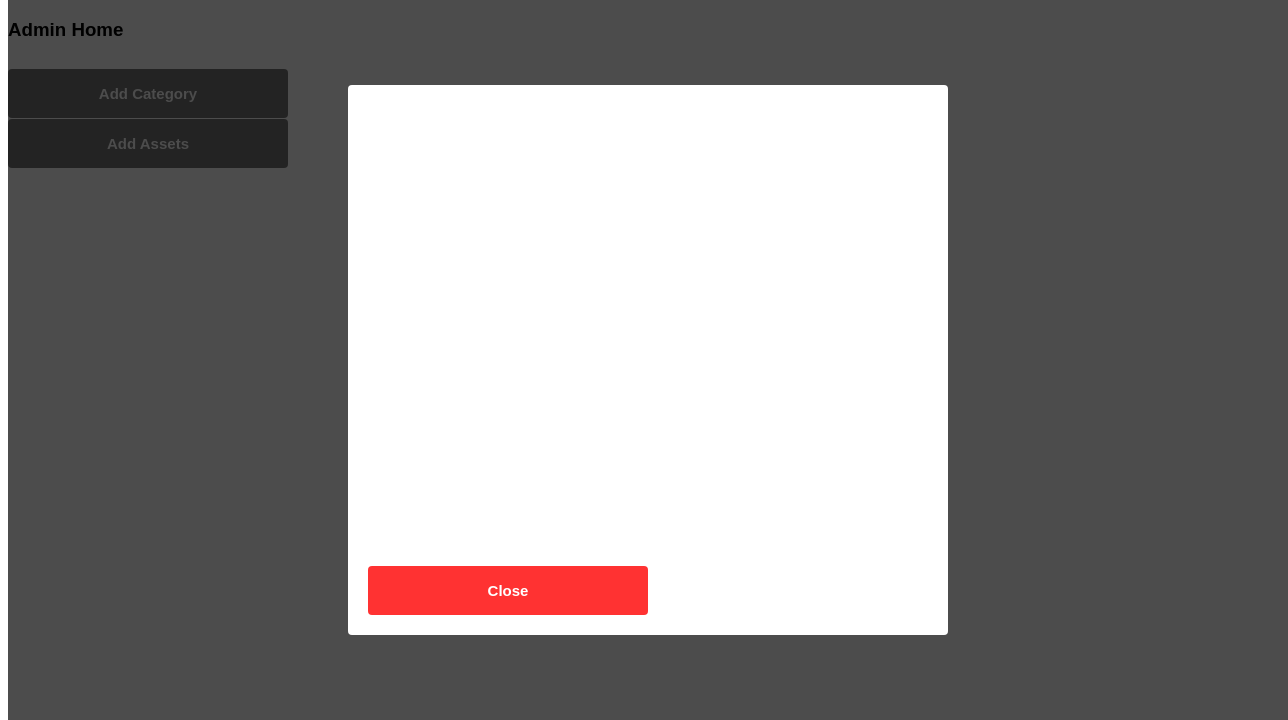
Repository: DhruvKaushal/CodeFury_404Found
Page: http://localhost/e-assets/assetadded.jsp
An editor plug-in stored every save of this project. The page is shown before and after the next save, followed by the edit.
The browser window is 1280 px wide. The page is 1288 px wide, so the pictures cover 1288 px, including what lies to the right of the window. The pictures show the whole page.
The page is served by Tomcat 9. Other server files are loaded and not shown.

Above is the page before, as saved 2020-10-05 10:34:11.

### Aditya's New/E-Assets-Management/e-assets/WebContent/assetadded.jsp
<%@ page language="java" contentType="text/html; charset=ISO-8859-1"
    pageEncoding="ISO-8859-1"%>
<!DOCTYPE html>
<html>
<head>
<meta charset="ISO-8859-1">
<link rel="stylesheet" href="addassets.css">
<title>Insert title here</title>
</head>
<body>

	  <h3>Admin Home</h3>

  	<button class="open-type-button">Add Category</button>
 	<button class="open-assets-button">Add Assets</button>

    <div class="bg-modal2" id="myForm2">
        	<div class="modal-content">






             <button class="close-button" action="adminhome.jsp" class="btn"><b>Close</b></button>


        </div>
    </div>






	<script>

	function closeForm1() {
  	document.getElementById("myForm1").style.display = "none";
	}

	function openForm2() {
  		document.getElementById("myForm2").style.display = "flex";
	}

	function closeForm2() {
  	document.getElementById("myForm2").style.display = "none";
	}
	</script>

</body>
</html>

### Aditya's New/E-Assets-Management/e-assets/WebContent/addassets.css
body {font-family: Arial, Helvetica, sans-serif;}
* {box-sizing: border-box;}


.open-assets-button {
  background-color: #555;
  color: white;
  padding: 16px 20px;
  border-radius: 4px;
  border: none;
  cursor: pointer;
  opacity: 0.8;
  position: fixed;
  width: 280px;
  margin-top: 60px;
  font-weight: bold;
  font-size: 15px;
  display: inline-block;
}

.open-type-button {
  background-color: #555;
  color: white;
  padding: 16px 20px;
  border-radius: 4px;
  border: none;
  cursor: pointer;
  opacity: 0.8;
  position: fixed;
  width: 280px;
  margin-top: 10px;
  font-weight: bold;
  font-size: 15px;
  display: inline-block;
}

.close-button {
  background-color: red;
  color: white;
  padding: 16px 20px;
  border-radius: 4px;
  border: none;
  cursor: pointer;
  opacity: 0.8;
  width: 280px;
  position: absolute;
  bottom: 20px;


  font-weight: bold;
  font-size: 15px;
  display: inline-block;
}

.bg-modal {
	width: 100%;
	height: 100%;
	background-color: rgba(0,0,0,0.7);
	position: absolute;;
	top: 0;
	display: flex;
	justify-content: center;
	align-items: center;
	display: none;

}

.bg-modal2 {
	width: 100%;
	height: 100%;
	background-color: rgba(0,0,0,0.7);
	position: absolute;;
	top: 0;
	display: flex;
	justify-content: center;
	align-items: center;


}

.modal-content {
	width: 600px;
	height: 550px;
	background-color: white;
	border-radius: 4px;
	padding: 20px;
	position: relative;
}



input{
  width: 100%;
  padding: 15px;
  margin: 5px 0 22px 0;
  border: none;
  background: #f1f1f1;
}


.btn {
  background-color: #1686d9;
  color: white;
  border-radius: 4px;
  padding: 16px 20px;
  border: none;
  cursor: pointer;
  width: 50%;
  margin-top: 20px;
  margin: auto;
  opacity: 0.8;
  font-size: 20px;

  display:block;

}


.btn:hover, .open-assets-button:hover, .open-type-button:hover {
  opacity: 1;
}

.close {
	position: absolute;
	top: 0;
	right: 10px;
	font-size: 38px;
	color: #333;
	transform: rotate(45deg);
	cursor: pointer;
}

.close:hover {
		color: #666;
	}

After the next save:
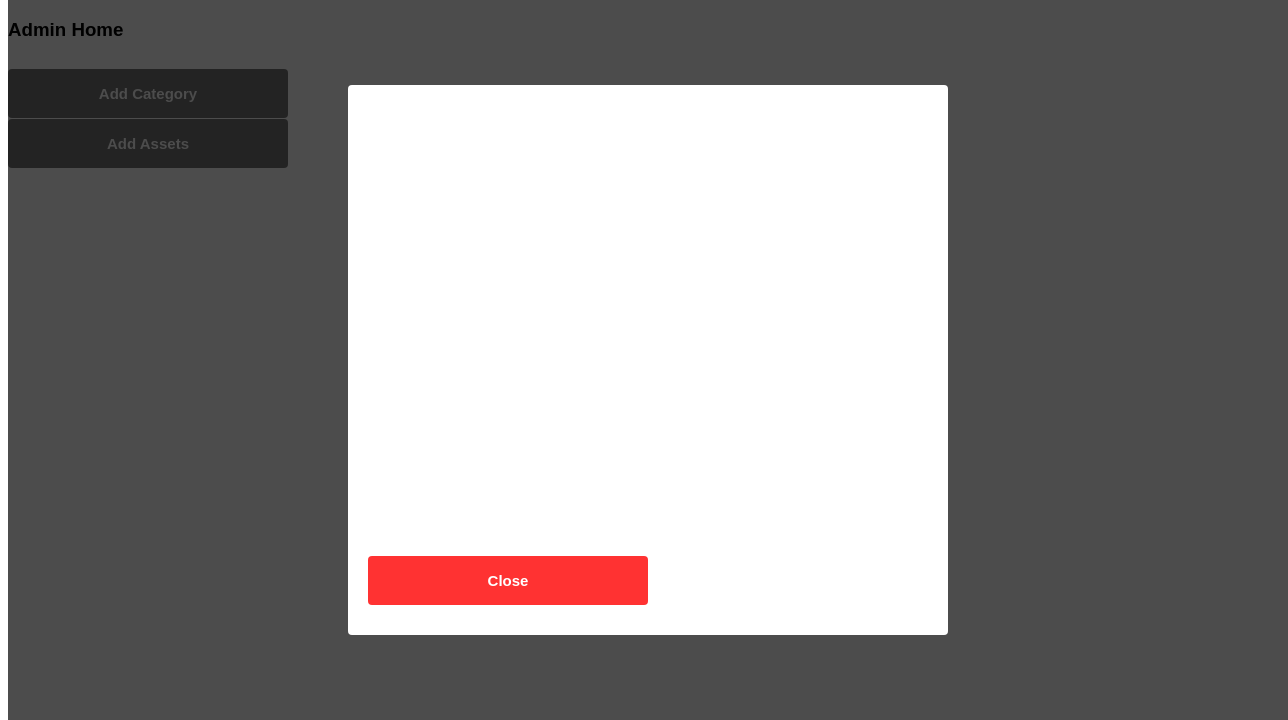
Saved 36 s later.
--- a/Aditya's New/E-Assets-Management/e-assets/WebContent/addassets.css
+++ b/Aditya's New/E-Assets-Management/e-assets/WebContent/addassets.css
@@ -44,7 +44,7 @@ body {font-family: Arial, Helvetica, sans-serif;}
   opacity: 0.8;
   width: 280px;
   position: absolute;
-  bottom: 20px;
+  bottom: 30px;
 
 
   font-weight: bold;
